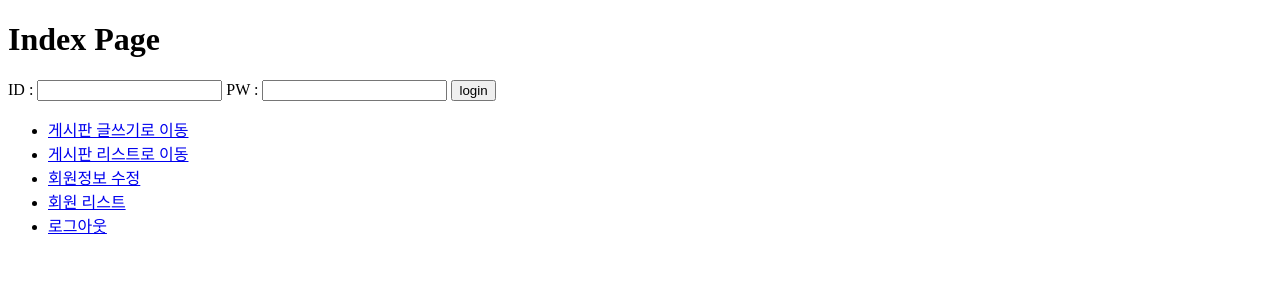
Repository: Leesunghoon1/brd_mem
Page: http://localhost/jps_BoardMember/
An editor plug-in stored every save of this project. The page is shown before and after the next save, followed by the edit.
The browser window is 1280 px wide. The pictures show the whole page.
The page is served by Tomcat 9.

Above is the page before, as saved 2023-09-08 07:52:27.

After the next save:
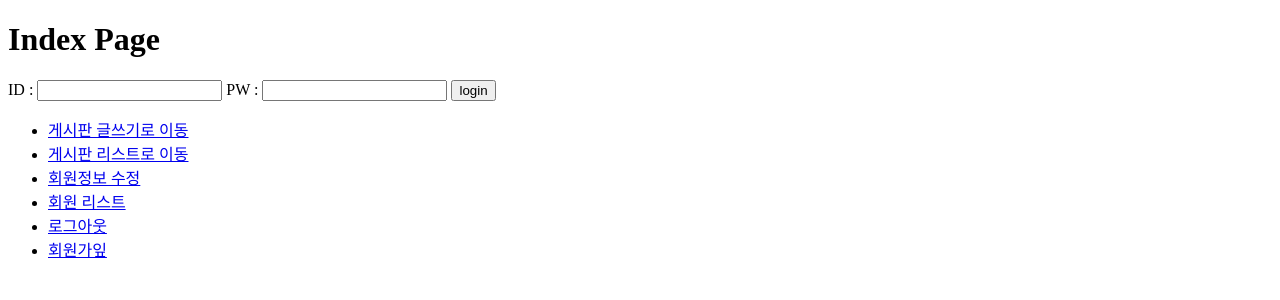
Saved 74 s later.
--- a/jps_BoardMember/src/main/webapp/index.jsp
+++ b/jps_BoardMember/src/main/webapp/index.jsp
@@ -31,7 +31,9 @@
 	<li>
 		<a href="#">로그아웃</a>
 	</li>
-
+	<li>
+		<a href="#">회원가잎</a>
+	</li>
 </ul>
 </body>
 </table>
